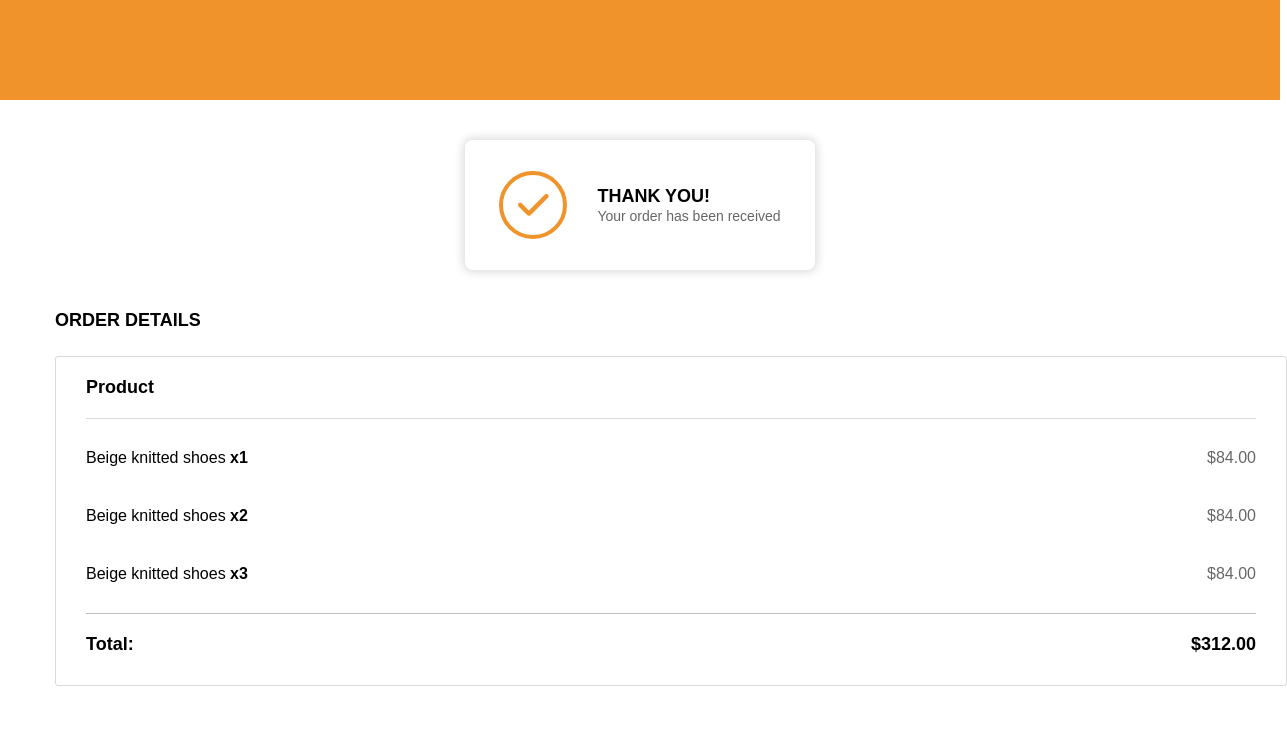
Repository: NguyenDucHung20002/project-homev1
Page: checkout/checkout.html
The author's editor kept a copy of each file at every save. The page is drawn from the files as they stood at one save, then again after the next save.
The browser window is 1280 px wide. The page is 1287 px wide, so the pictures cover 1287 px, including what lies to the right of the window. The pictures show the whole page.
The style sheet was rebuilt from its Sass, Less or Tailwind sources for each picture, by a compiler version that may differ from the author's.

Above is the page before, as saved 2022-09-20 10:26:51.

### checkout/checkout.html
<!DOCTYPE html>
<html lang="en">

<head>
    <meta charset="UTF-8">
    <meta http-equiv="X-UA-Compatible" content="IE=edge">
    <meta name="viewport" content="width=device-width, initial-scale=1.0">
    <!-- <link rel="stylesheet" href="../reset.css"> -->
    <link rel="stylesheet" href="../fontawesome-free-6.1.2-web/css/all.min.css">
    <link rel="stylesheet" href="../dist/css/checkout.css">
    <title>Document</title>
    <link rel="icon" href="/icon/favicon.png">
</head>

<body>
    <header>

    </header>

    <div class="content">
        <div class="container">
            <div class="thank-you">
                <i class="fa-solid fa-check"></i>
                <div class="title">
                    <span><strong>THANK YOU!</strong></span><br>
                    <span>Your order has been received</span>
                </div>
            </div>
            <span class="title-order-details"><strong>ORDER DETAILS</strong></span>
            <div class="order-details">
                <span class="title-product"><strong>Product</strong></span>
                <div class="cart-items">
                    <div class="items">
                        <span class="name-items">Beige knitted shoes <strong>x1</strong></span>
                        <span class="price-items">$84.00</span>
                    </div>
                    <div class="items">
                        <span class="name-items">Beige knitted shoes <strong>x2</strong></span>
                        <span class="price-items">$84.00</span>
                    </div>
                    <div class="items">
                        <span class="name-items">Beige knitted shoes <strong>x3</strong></span>
                        <span class="price-items">$84.00</span>
                    </div>
                </div>
                <div class="sub-total">
                    <span class="title-subtotal">Total:</span>
                    <span class="total-price">$312.00</span>
                </div>
            </div>
        </div>
    </div>

</body>

<script src="https://cdnjs.cloudflare.com/ajax/libs/jquery/3.6.0/jquery.min.js"
    integrity="sha512-894YE6QWD5I59HgZOGReFYm4dnWc1Qt5NtvYSaNcOP+u1T9qYdvdihz0PPSiiqn/+/3e7Jo4EaG7TubfWGUrMQ=="
    crossorigin="anonymous" referrerpolicy="no-referrer"></script>
<script src="./checkout.js"></script>

</html>

### checkout/checkout.js
// $(".btn-checkout").click((e) => {
//   e.preventDefault();
// });

### checkout/checkout.scss
* {
  font-family: "Poppins", sans-serif;
}
body {
  position: relative;
}
.container {
  margin: 0 auto;
  width: 1170px;
}
header {
  width: 100%;
  height: 100px;
  position: fixed;
  top: 0;
  left: 0;
  z-index: 10000;
  background-color: #f0932b;
}
.content {
  .container {
    background-color: #ffffff;
    margin-top: 100px;
    padding: 40px 0px;
    .thank-you {
      display: flex;
      align-items: center;
      justify-content: center;
      width: 350px;
      height: 130px;
      margin: 0 auto;
      border-radius: 8px;
      box-shadow: 0px 0px 10px 2px rgba(0, 0, 0, 0.15);
      i {
        color: #f0932b;
        text-align: center;
        line-height: 60px;
        width: 60px;
        height: 60px;
        border: 4px solid #f0932b;
        border-radius: 50%;
        font-size: 35px;
        font-weight: bold;
        margin-right: 30px;
      }
      .title {
        span {
          font-size: 14px;
          color: #666;
        }
        strong {
          color: black;
          font-size: 18px;
        }
      }
    }
    .title-order-details {
      display: inline-block;
      margin: 40px 0px 25px;
      color: black;
      font-size: 18px;
    }
    .order-details {
      width: 100%;
      border-radius: 3px;
      padding: 20px 30px;
      border: 0.5px solid rgba(0, 0, 0, 0.15);
      .title-product {
        display: inline-block;
        width: 100%;
        font-size: 18px;
        font-weight: bold;
        padding-bottom: 20px;
        border-bottom: 0.5px solid rgba(0, 0, 0, 0.15);
      }
      .cart-items {
        padding: 10px 0px;
        .items {
          display: flex;
          align-items: center;
          justify-content: space-between;
          padding: 20px 0px;
          .name-items {
          }
          .price-items {
            color: #666;
          }
        }
      }
      .sub-total {
        display: flex;
        align-items: center;
        justify-content: space-between;
        padding: 20px 0px 10px;
        border-top: 1px solid rgba(0, 0, 0, 0.25);
        font-weight: bold;
        color: black;
        font-size: 18px;
        .title-subtotal {
        }
        .total-price {
        }
      }
    }
  }
}

Loaded but not shown: fontawesome-free-6.1.2-web/css/all.min.css (library)

After the next save:
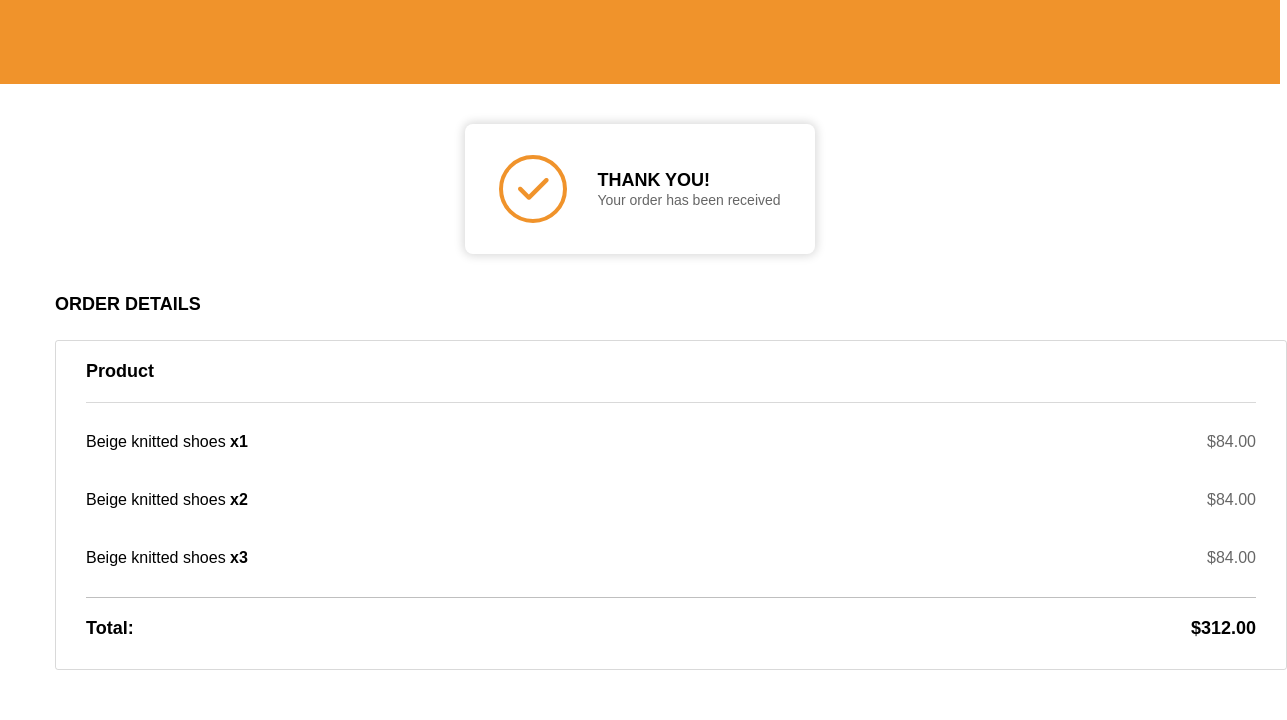
Saved 9 s later.
--- a/checkout/checkout.scss
+++ b/checkout/checkout.scss
@@ -10,7 +10,7 @@ body {
 }
 header {
   width: 100%;
-  height: 100px;
+  height: 84px;
   position: fixed;
   top: 0;
   left: 0;
@@ -20,7 +20,7 @@ header {
 .content {
   .container {
     background-color: #ffffff;
-    margin-top: 100px;
+    margin-top: 84px;
     padding: 40px 0px;
     .thank-you {
       display: flex;
